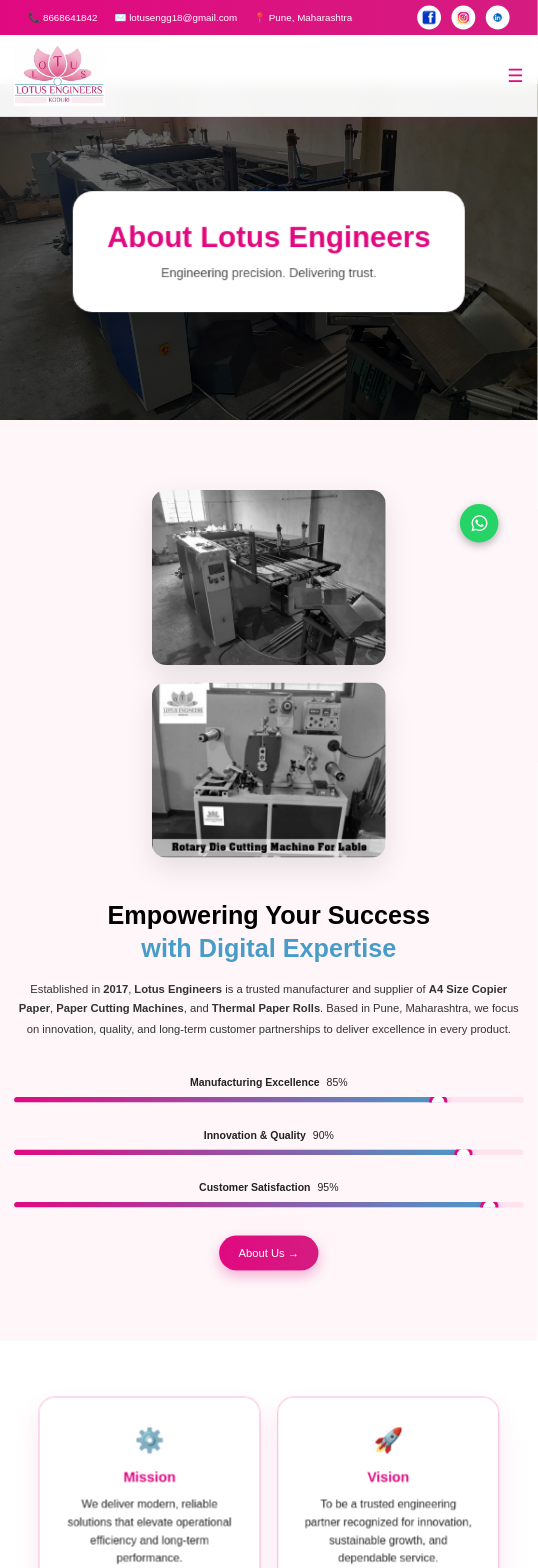
Repository: Khushichugh14/lotus-engineers
Page: about.html
The author's editor kept a copy of each file at every save. The page is drawn from the files as they stood at one save, then again after the next save.
The browser window is 768 px wide. The pictures show the part of the page from y = 0 to 2240 px (the page is 4694 px tall), at 70% of full size.

Above is the page before, as saved 2025-12-24 14:00:58.

After the next save:
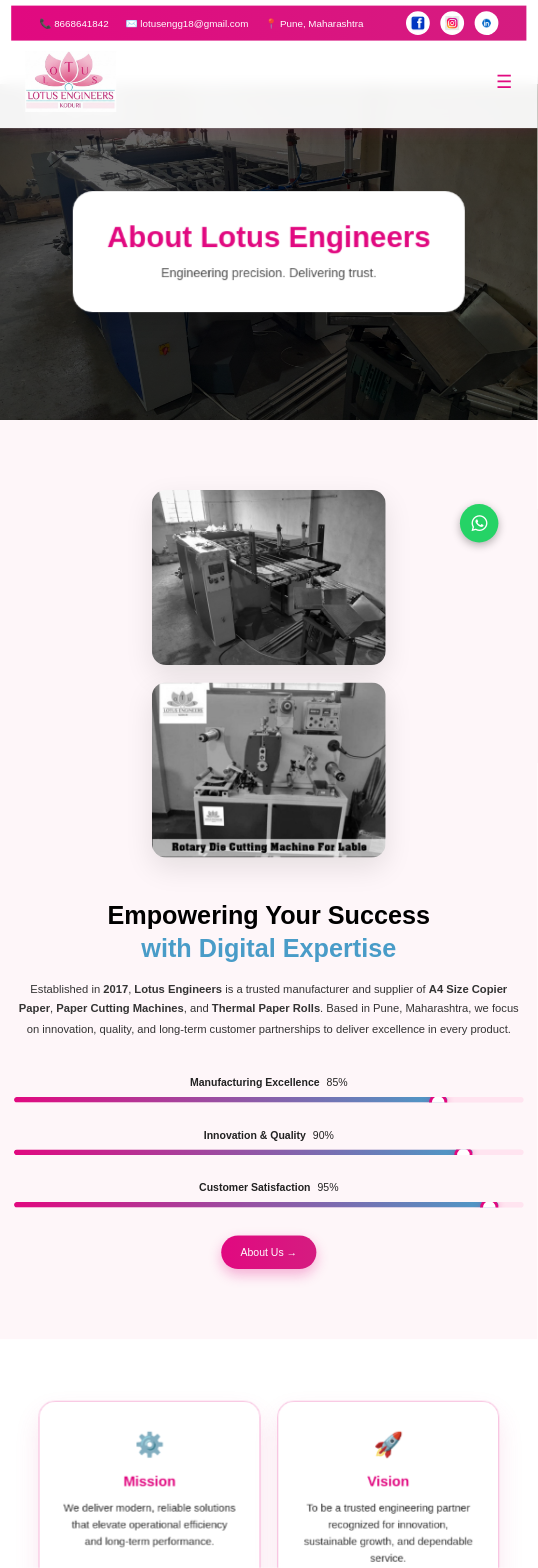
Saved 42 s later.
--- a/style.css
+++ b/style.css
@@ -1036,3 +1036,33 @@
     padding-top: 220px;
   }
 }
+
+/* ===== Mobile (phones) ===== */
+@media (max-width: 768px) {
+
+  body {
+    font-size: 15px;
+  }
+
+  nav, header, footer {
+    padding: 0.5rem 1rem;
+  }
+
+  .container {
+    padding: 0 1rem;
+  }
+
+  .row, .flex, .grid {
+    flex-direction: column !important;
+    grid-template-columns: 1fr !important;
+  }
+
+  .card, .box, .product, .service {
+    width: 100% !important;
+    margin: 0.5rem 0;
+  }
+
+  h1 { font-size: 1.8rem; }
+  h2 { font-size: 1.5rem; }
+  h3 { font-size: 1.2rem; }
+}
